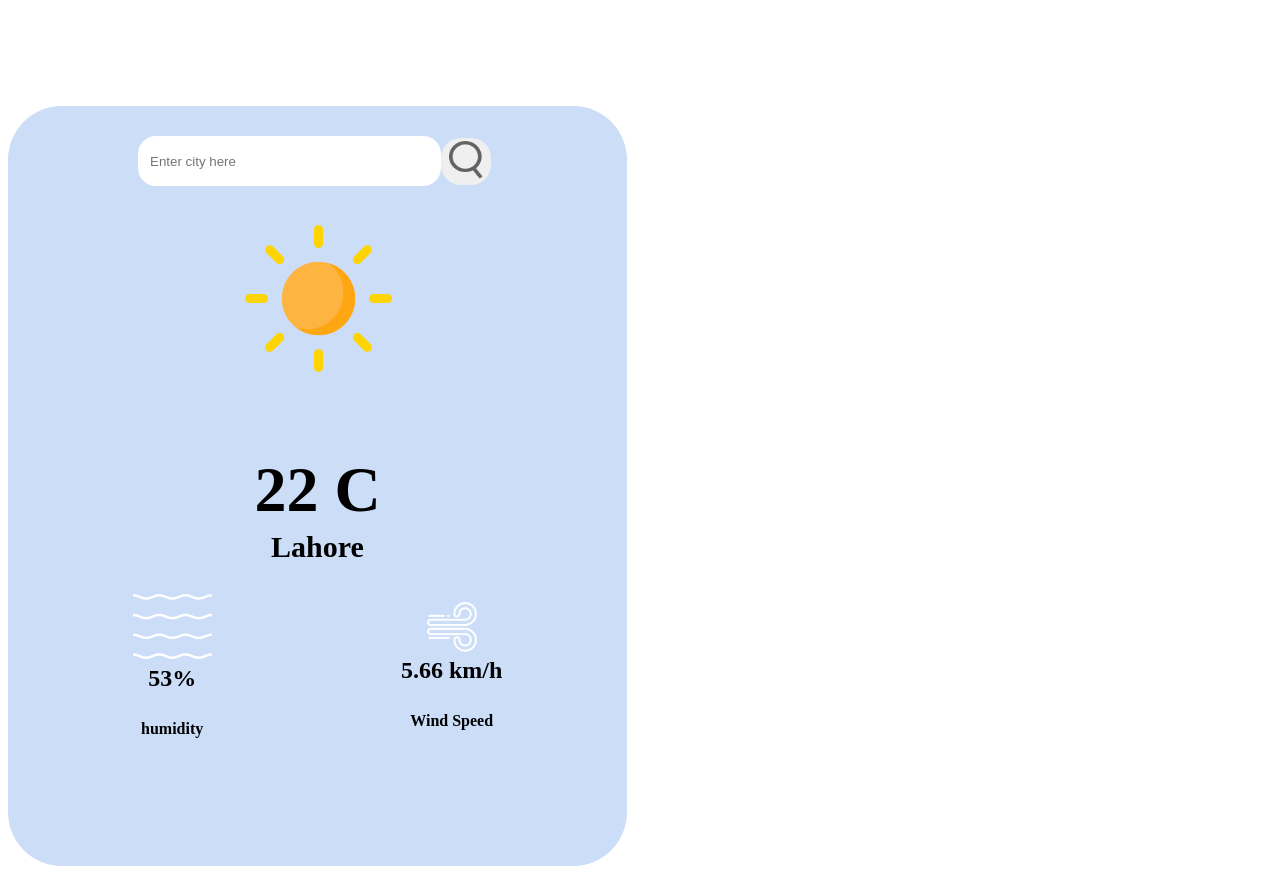
Repository: WajihaGul/Javascripts-Projects
Page: WEATHER APP/index.html
An editor plug-in stored every save of this project. The page is shown before and after the next save, followed by the edit.
The browser window is 1280 px wide. The pictures show the whole page.

Above is the page before, as saved 2024-06-07 16:35:54.
Not found: WEATHER APP/script.js

### WEATHER APP/index.html
<!DOCTYPE html>
<html>
    <head>
        <meta charset="utf-8">
        <meta http-equiv="X-UA-Compatible" content="IE=edge">
        <title></title>
        <meta name="description" content="">
        <meta name="viewport" content="width=device-width, initial-scale=1">
        <link rel="stylesheet" href="./style.css">
    </head>
    <body>
            <div class="MainDiv">
                <div class="SearchDiv" >
                <input type="search" class="SearchInput" placeholder="Enter city here">
                <button class="SearchLogo"><img src="/images/search.png" class="btnimg" alt="SearchLogo"></button>
            </div>

            <div class="SecDiv">
                <div class="weather">
                <img src="./images/clear.png" alt="weather here" class="weatherImg">
                </div>
                <div class="temp">
                    <h1>22 C</h1>
                </div>
                <div class="cityName">
                    <h1>Lahore</h1>
                </div>
                <div class="humidityAndWindSpeed">
                <div class="humidity">
                    <img src="./images/humidity.png" alt="">
                    <h1>53%</h1>
                    <br>
                    <h2>humidity</h2>
                </div>
                <div class="windSpeed">
                    <img src="./images/wind.png" alt="">
                    <h1>5.66 km/h</h1>
                    <br>
                    <h2>Wind Speed</h2>
                </div>
                </div>
            </div>
        </div>
        <script src="./script.js" async defer></script>
    </body>
</html>

### WEATHER APP/style.css
.MainDiv{
    background-color: rgb(154 187 241 / 50%);
    width: 559px;
    margin-top: 106px;
    border-radius: 54px;
    height: 700px;
    padding: 30px
}
 .SearchInput{
    width: 303px;
    height: 50px;
    border-radius: 18px;
    padding: 10px;
    border-color: transparent;
}
.SearchDiv{
    display: flex;
    flex-direction: row;
    align-items: center;
    margin: 0 auto;
    margin-left: 100px;
    margin-right: 100px;
}
.btnimg{
    height: 38px;
    width: 34px;
}
.SearchLogo{
    border-color: transparent;
    border-radius: 20px;
    cursor: pointer;
}
.temp h1{
    display: flex;
    align-items: center;
    justify-content: center;
    font-size: 64px;

}
.weatherImg{
    display: flex;
    margin: 0 auto;

}
.cityName h1{
    display: flex;
    align-items: center;
    justify-content: center;
    font-size: 30px;
    margin-top: -50px;
    padding: 10px;
}
.humidityAndWindSpeed {
    display: flex;
    justify-content: space-around;
    align-items: center;
    margin-top: 20px;
}

.humidity,
.windSpeed {
    display: flex;
    flex-direction: column;
    align-items: center;
}

.humidity h1,
.windSpeed h1 {
    font-size: 24px;
    margin: 5px 0;
}

.humidity h2,
.windSpeed h2 {
    font-size: 16px;
    margin: 5px 0;
}

.windSpeed img, humidity img {
    width: 50px; /* Adjust as needed */
    height: auto; /* Maintain aspect ratio */
}

After the next save:
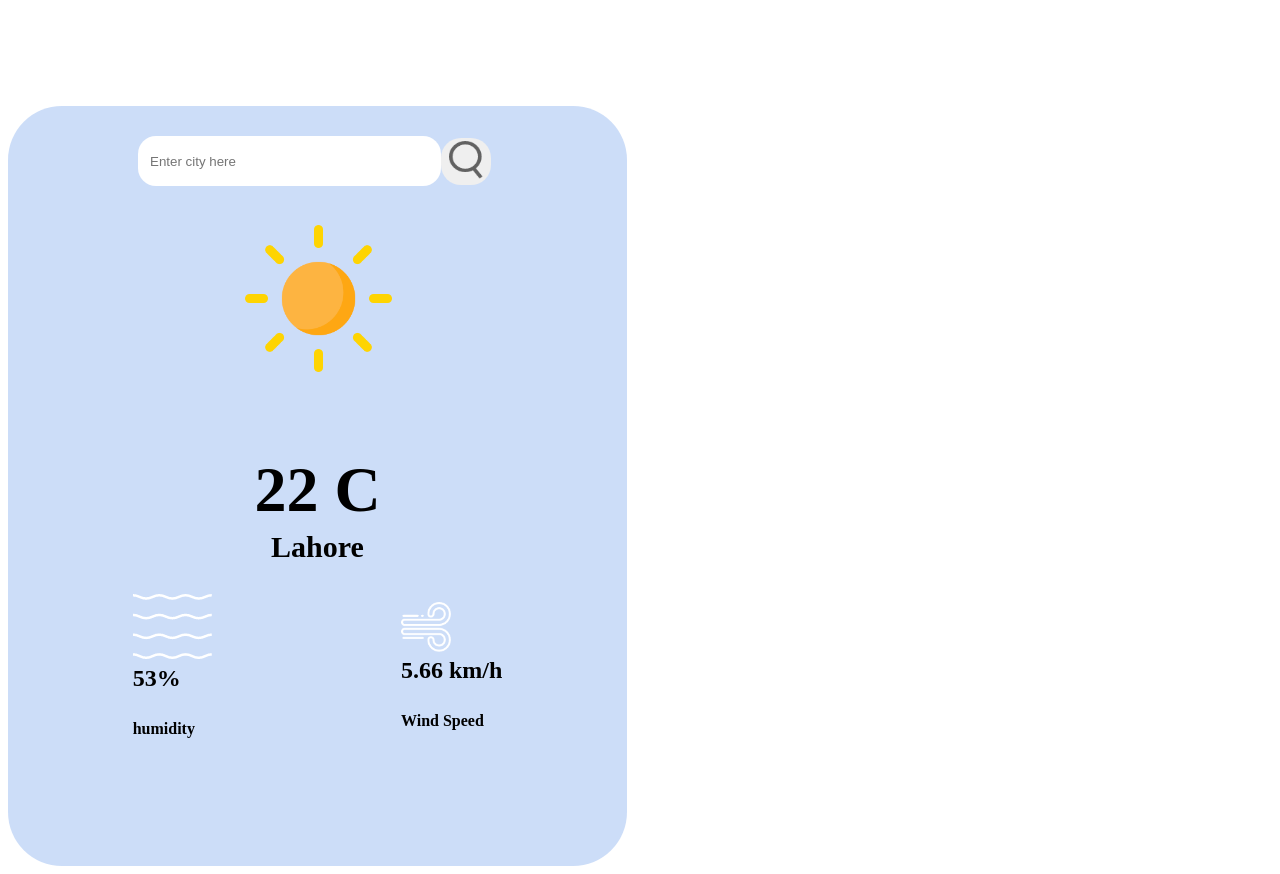
Saved 57 s later.
--- a/WEATHER APP/style.css
+++ b/WEATHER APP/style.css
@@ -61,7 +61,7 @@
 .windSpeed {
     display: flex;
     flex-direction: column;
-    align-items: center;
+    align-items: row;
 }
 
 .humidity h1,
